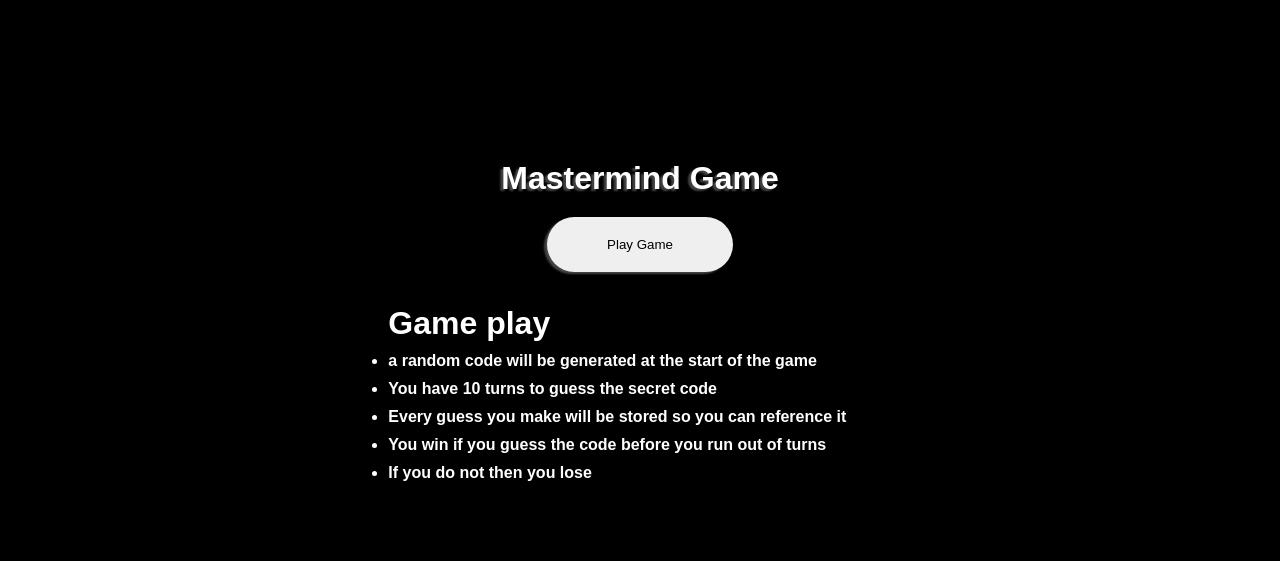
Repository: programmer686/Mastermind-with-Next.js
Page: /
An editor plug-in stored every save of this project. The page is shown before and after the next save, followed by the edit.
The browser window is 1280 px wide. The pictures show the whole page.
The project was rebuilt for these pictures with package versions that can differ from the ones it lists, and the page was loaded fresh each time. The framework's server and built-in components were replaced by stand-ins that run in the browser. Also part of the build but not shown: next.config.js, src/styles/GameBoard.module.css, src/styles/PastPlay.module.css, src/comps/PastPlay.js, src/styles/GamePlay.module.css, src/comps/Logic.js, src/styles/Results.module.css, src/comps/Results.js and 3 more.

Above is the page before, as saved 2023-07-18 20:42:56.

After the next save:
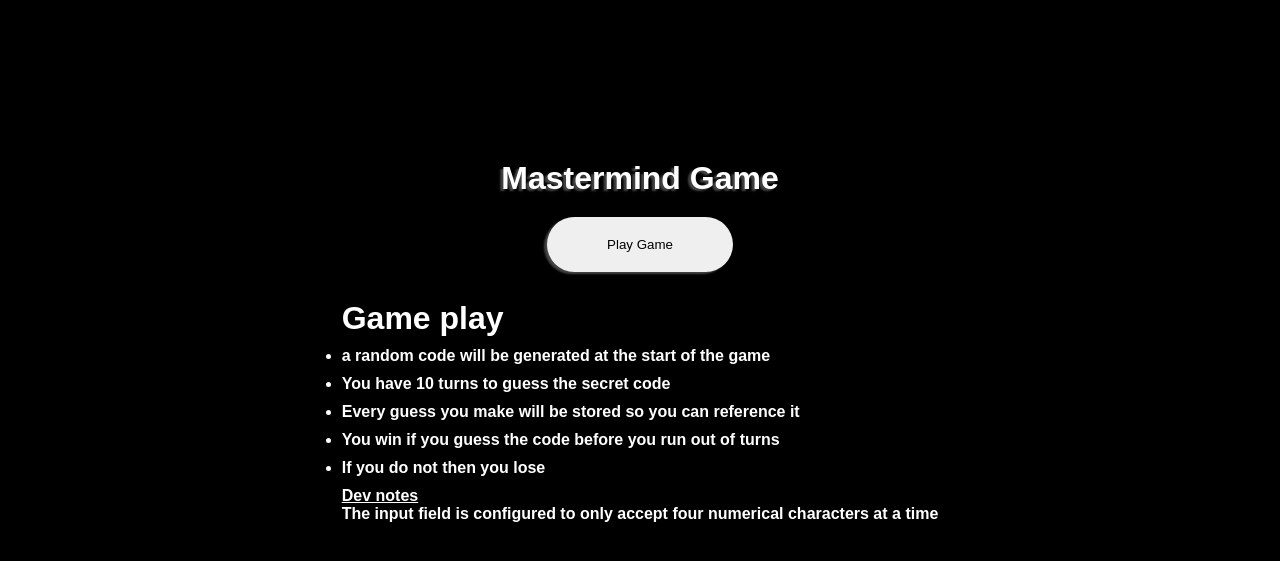
Saved 16 s later.
--- a/src/comps/StartScreen.js
+++ b/src/comps/StartScreen.js
@@ -13,7 +13,7 @@ export default function StartScreen(props) {
                     <li className={styles.startscreen__game_fules_li}>Every guess you make will be stored so you can reference it</li>
                     <li className={styles.startscreen__game_fules_li}>You win if you guess the code before you run out of turns</li>
                     <li className={styles.startscreen__game_fules_li}>If you do not then you lose</li>
-                    <p><u>Dev notes</u><br/>
+                    <p className={styles.startscreen__game_fules_li}><u>Dev notes</u><br/>
                     The input field is configured to only accept four numerical characters at a time
                     </p>
                 </ul>
